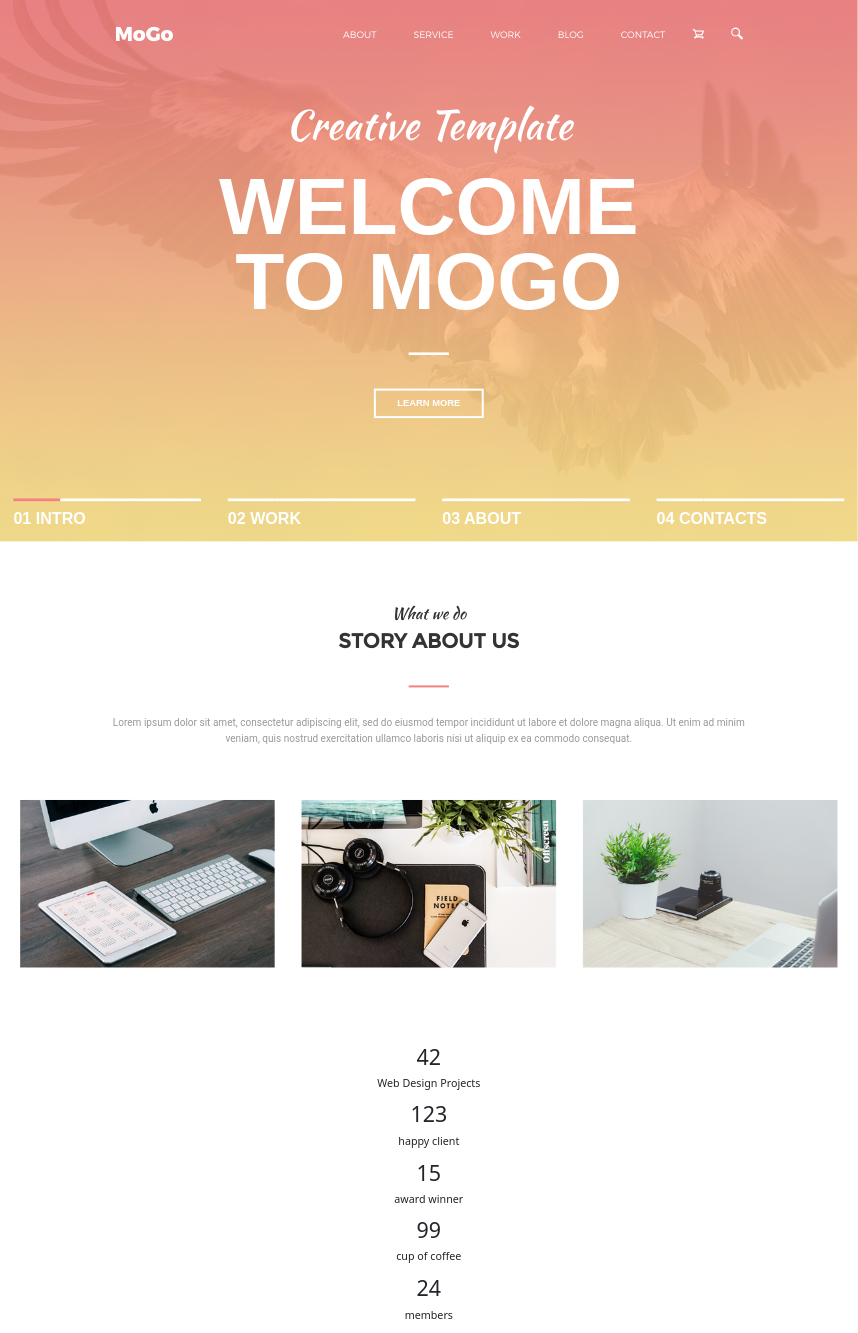
Repository: RaffiBarseghyan/mogo
Page: /
These files come from the project's save history. The page is drawn as it stood at one moment and after a run of saves; the edit follows.
The browser window is 1280 px wide. The pictures show the whole page, at 67% of full size.
The project was rebuilt for these pictures with package versions that can differ from the ones it lists, and the page was loaded fresh each time.

Above is the page before, as saved 2023-05-11 17:52:50.

After the next 3 saves:
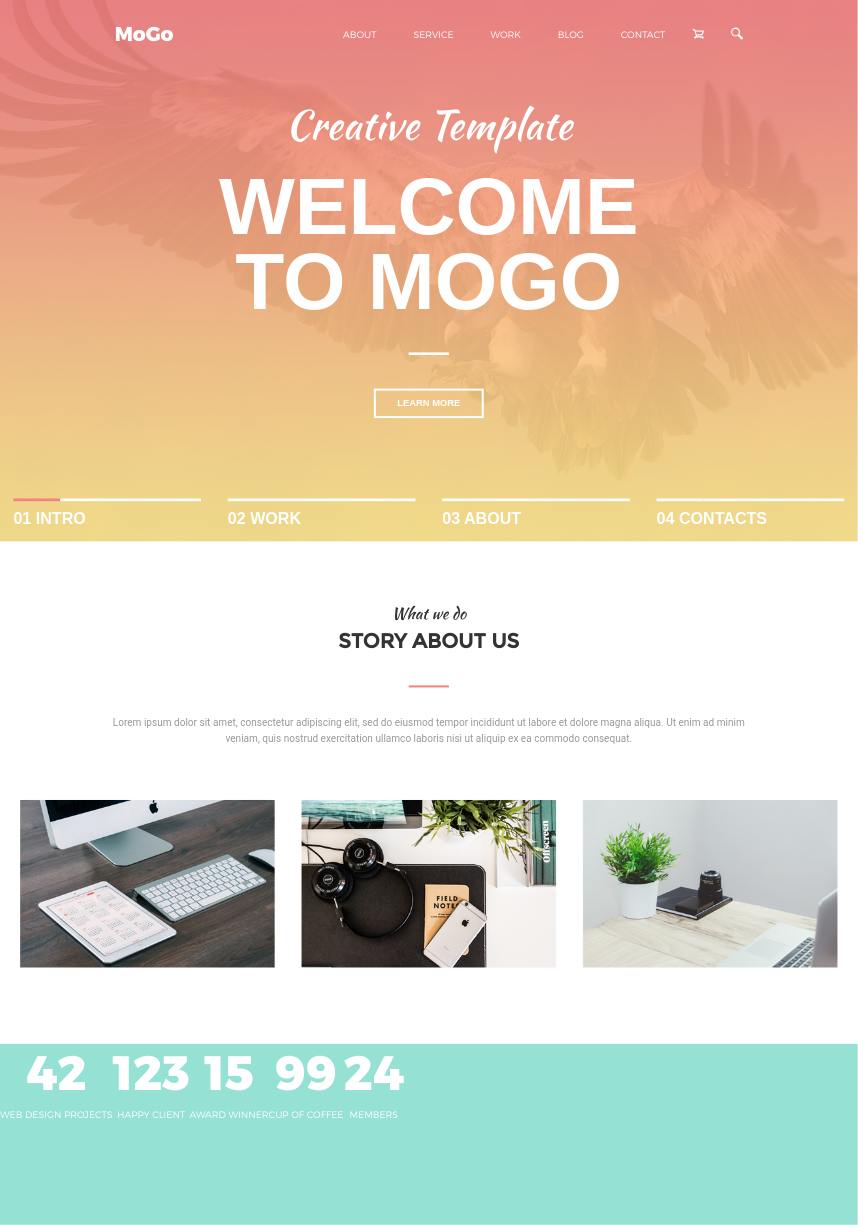
The 3 saves are shown as one change because they came seconds apart.
The last was saved 10 s later.
--- a/src/Pages/AboutUs/aboutUs.jsx
+++ b/src/Pages/AboutUs/aboutUs.jsx
@@ -37,7 +37,7 @@ function AboutUs() {
         </div>
       </div>
 
-      <div className={`style.aboutUsFooter`}>
+      <div className={`${style.aboutUsFooter} d-flex`}>
         <div>
             <h2>42</h2>
             <p>Web Design Projects</p>
